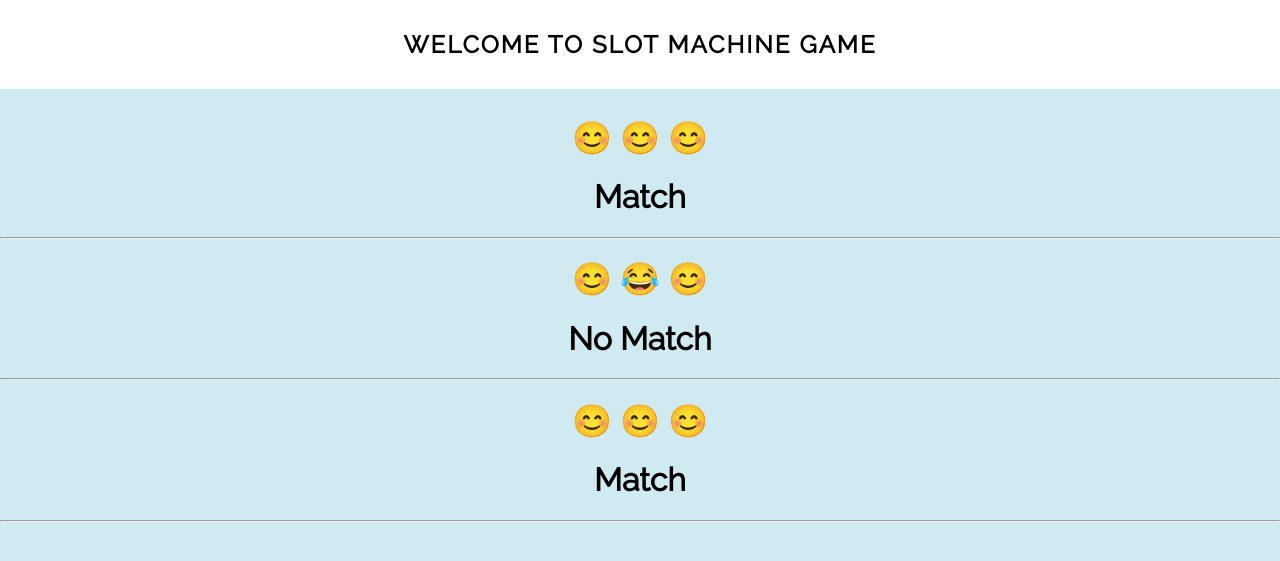
Repository: duggallakshya/slotMachineReact
Page: /
The author's editor kept a copy of each file at every save. The page is drawn from the files as they stood at one save, then again after the next save.
The browser window is 1280 px wide. The pictures show the whole page.
The project was rebuilt for these pictures with package versions that can differ from the ones it lists, and the page was loaded fresh each time.

Above is the page before, as saved 2022-03-22 22:19:58.

After the next save:
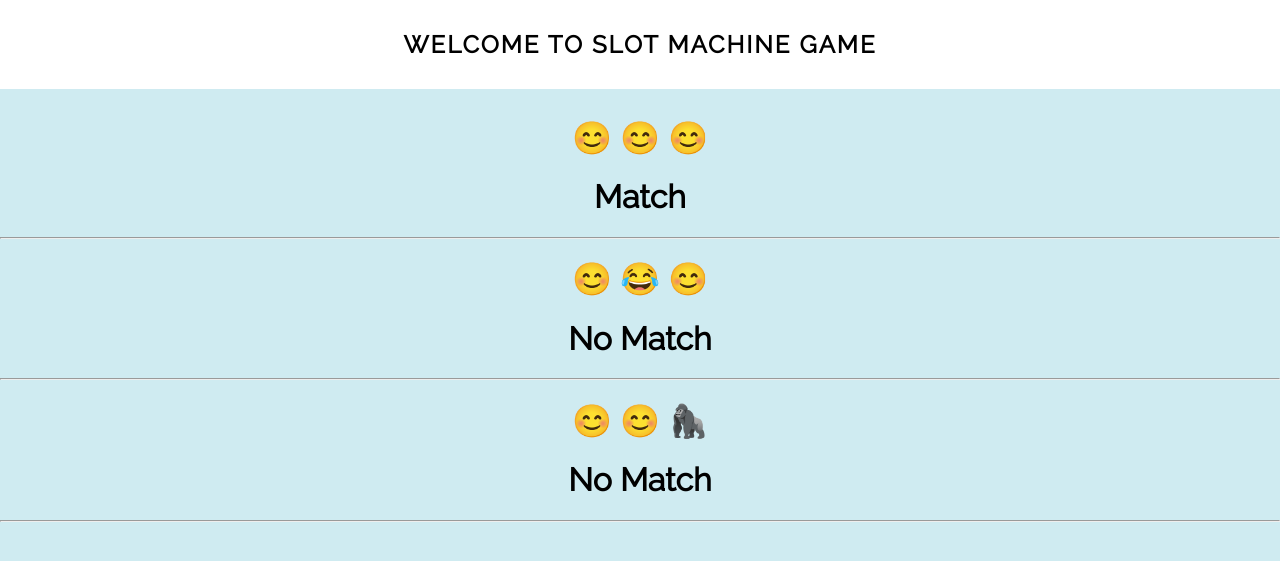
Saved 42 s later.
--- a/src/App.jsx
+++ b/src/App.jsx
@@ -41,7 +41,7 @@ const App = () => {
             <div>
                 <SlotMachine x ='😊' y ='😊' z ='😊'/>
                 <SlotMachine x ='😊' y ='😂' z ='😊'/>
-                <SlotMachine x ='😊' y ='😊' z ='😊'/>
+                <SlotMachine x ='😊' y ='😊' z ='🦍'/>
             </div>
         </>
     )
